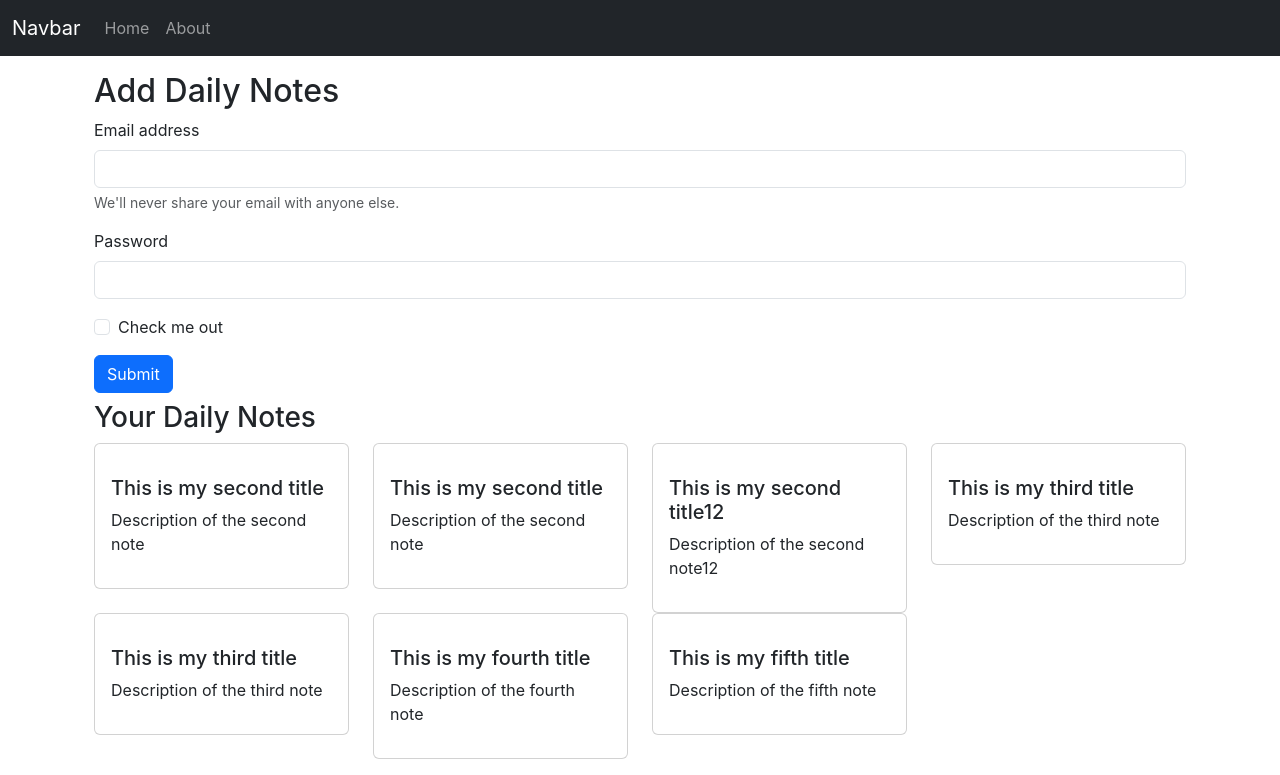
Repository: alphacode77/DailyNotes-react
Page: /
The author's editor kept a copy of each file at every save. The page is drawn from the files as they stood at one save, then again after the next save.
The browser window is 1280 px wide. The pictures show the whole page.
Some web libraries are served in a nearby version. The project was rebuilt for these pictures with package versions that can differ from the ones it lists, and the page was loaded fresh each time. Also part of the build but not shown: src/App.css, src/components/About.js.

Above is the page before, as saved 2023-02-25 22:18:02.

After the next save:
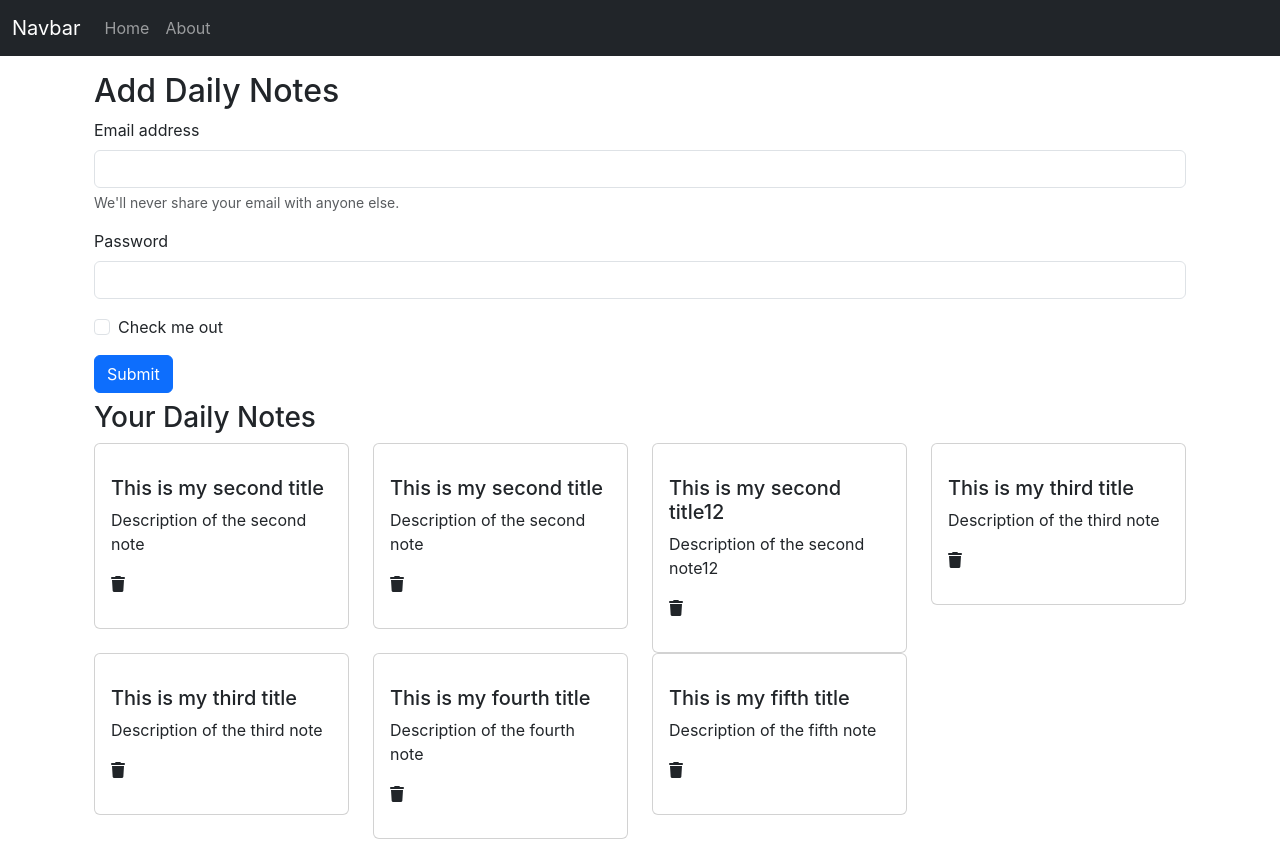
Saved 5 min 38 s later.
--- a/src/components/Noteitem.js
+++ b/src/components/Noteitem.js
@@ -8,6 +8,7 @@ const Noteitem=(props)=> {
             <div className='card-body my-3'>
                 <h5 className='card-title'>{note.title}</h5>
                     <p className='card-text'>{note.description}</p>
+                    <i class="fa-solid fa-trash"></i>
             </div>
         </div>
     </div>
